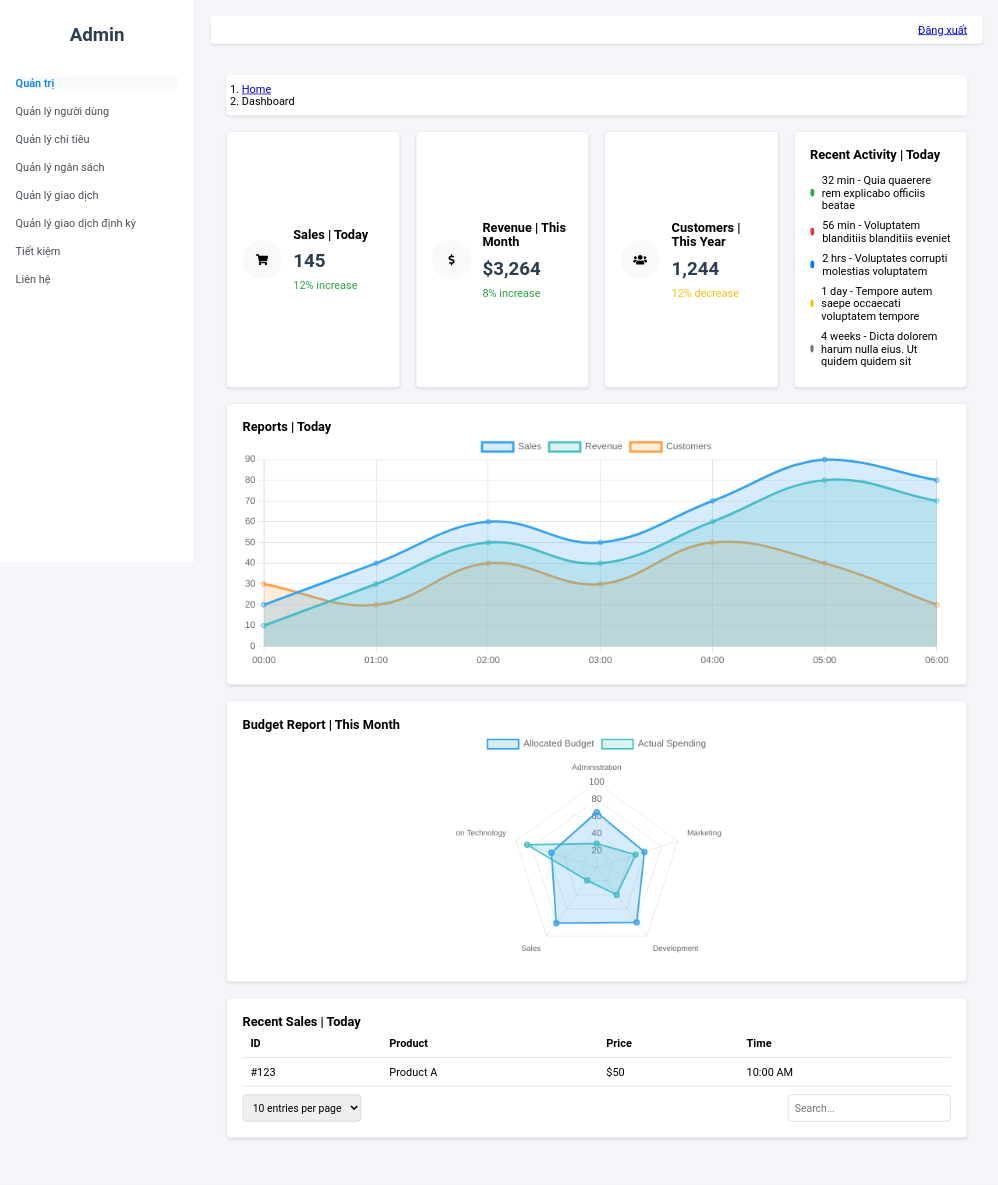
Repository: PhanVanHoa051204/Project3
Page: http://localhost/Project3/dashboard.jsp
These files come from the project's save history. The page is drawn as it stood at one moment and after the next save; the edit follows.
The browser window is 1280 px wide. The pictures show the whole page, at 78% of full size.
The page is served by Tomcat 9. Other server files are loaded and not shown.

Above is the page before, as saved 2025-03-14 17:59:47.

### PhanVanHoa_2210900023_K22CNT1/Project3/src/main/webapp/dashboard.jsp
<%@ page language="java" contentType="text/html; charset=UTF-8"
	pageEncoding="UTF-8"%>
<!DOCTYPE html>
<html lang="en">
<head>
<meta charset="UTF-8">
<meta name="viewport" content="width=device-width, initial-scale=1.0">
<title>Admin</title>
<script src="https://cdn.jsdelivr.net/npm/chart.js"></script>
<script src="https://cdnjs.cloudflare.com/ajax/libs/font-awesome/5.15.4/js/all.min.js"></script>
<link rel="stylesheet" href="style.css">
<script src="https://cdn.jsdelivr.net/npm/chart.js"></script>
</head>
<body>
	<div class="container">
		<!-- Sidebar -->
		<div class="sidebar">
			<div class="logo">Admin</div>
			<ul>
				<li class="active"><a href="#">Quản trị</a></li>
				<li><a class=""
					href="${pageContext.request.contextPath}/NguoiDung/users.jsp">Quản
						lý người dùng</a></li>
				<li><a class=""
					href="${pageContext.request.contextPath}/ChiTieu/categories.jsp">Quản
						lý chi tiêu</a></li>
				<li><a class=""
					href="${pageContext.request.contextPath}/NganSach/budgets.jsp">Quản
						lý ngân sách</a></li>
				<li><a
					href="${pageContext.request.contextPath}/GiaoDich/transactions.jsp">Quản
						lý giao dịch</a></li>
				<li><a
					href="${pageContext.request.contextPath}/GDDinhKy/recurringtransactions.jsp">Quản
						lý giao dịch định kỳ</a></li>
				<li><a
					href="${pageContext.request.contextPath}/TietKiem/goals.jsp">Tiết
						kiệm</a></li>
				<li><a href="https://web.facebook.com/PhanHoa05122004">Liên
						hệ</a></li>

			</ul>
		</div>

		<!-- Main Content -->
		<div class="main-content">
			<header>
				<div class="">
					<!-- <input type="" placeholder=""> -->
				</div>
				<div class="submit-section">
					<a href="login.jsp" class="logout-btn">Đăng xuất</a>
				</div>
			</header>

			<!-- Dashboard Content -->
            <div class="dashboard-content">
                <nav aria-label="breadcrumb">
                    <ol class="breadcrumb">
                        <li class="breadcrumb-item"><a href="#">Home</a></li>
                        <li class="breadcrumb-item active" aria-current="page">Dashboard</li>
                    </ol>
                </nav>

                <div class="cards">
                    <div class="card stats-card">
                        <div class="card-icon">
                            <i class="fas fa-shopping-cart"></i>
                        </div>
                        <div class="card-content">
                            <h3>Sales | Today</h3>
                            <p class="stats-value">145</p>
                            <span class="stats-change text-success">12% increase</span>
                        </div>
                    </div>
                    <div class="card stats-card">
                        <div class="card-icon">
                            <i class="fas fa-dollar-sign"></i>
                        </div>
                        <div class="card-content">
                            <h3>Revenue | This Month</h3>
                            <p class="stats-value">$3,264</p>
                            <span class="stats-change text-success">8% increase</span>
                        </div>
                    </div>
                    <div class="card stats-card">
                        <div class="card-icon">
                            <i class="fas fa-users"></i>
                        </div>
                        <div class="card-content">
                            <h3>Customers | This Year</h3>
                            <p class="stats-value">1,244</p>
                            <span class="stats-change text-warning">12% decrease</span>
                        </div>
                    </div>
                    <div class="card stats-card">
                        <div class="card-content">
                            <h3>Recent Activity | Today</h3>
                            <ul class="activity-list">
                                <li><span class="dot green"></span>32 min - Quia quaerere rem explicabo officiis beatae</li>
                                <li><span class="dot red"></span>56 min - Voluptatem blanditiis blanditiis eveniet</li>
                                <li><span class="dot blue"></span>2 hrs - Voluptates corrupti molestias voluptatem</li>
                                <li><span class="dot yellow"></span>1 day - Tempore autem saepe occaecati voluptatem tempore</li>
                                <li><span class="dot grey"></span>4 weeks - Dicta dolorem harum nulla eius. Ut quidem quidem sit</li>
                            </ul>
                        </div>
                    </div>
                </div>

                <div class="row">
                    <div class="col-md-8">
                        <div class="chart-section">
                            <h3>Reports | Today</h3>
                            <canvas id="reportsChart"></canvas>
                        </div>
                    </div>
                    <div class="col-md-4">
                        <div class="budget-report">
                            <h3>Budget Report | This Month</h3>
                            <canvas id="budgetChart"></canvas>
                        </div>
                    </div>
                </div>

                <div class="recent-sales">
                    <h3>Recent Sales | Today</h3>
                    <table class="table table-bordered">
                        <thead>
                            <tr>
                                <th>ID</th>
                                <th>Product</th>
                                <th>Price</th>
                                <th>Time</th>
                            </tr>
                        </thead>
                        <tbody>
                            <tr>
                                <td>#123</td>
                                <td>Product A</td>
                                <td>$50</td>
                                <td>10:00 AM</td>
                            </tr>
                        </tbody>
                    </table>
                    <div class="table-footer">
                        <select class="form-control d-inline-block w-auto">
                            <option>10 entries per page</option>
                        </select>
                        <input type="text" class="form-control d-inline-block w-auto ml-2" placeholder="Search...">
                    </div>
                </div>
            </div>
        </div>
    </div>

    <!-- Scripts -->
    <script>
        // Reports Chart
        const reportsCtx = document.getElementById('reportsChart').getContext('2d');
        new Chart(reportsCtx, {
            type: 'line',
            data: {
                labels: ['00:00', '01:00', '02:00', '03:00', '04:00', '05:00', '06:00'],
                datasets: [
                    {
                        label: 'Sales',
                        data: [20, 40, 60, 50, 70, 90, 80],
                        borderColor: 'rgba(54, 162, 235, 1)',
                        backgroundColor: 'rgba(54, 162, 235, 0.2)',
                        fill: true,
                        tension: 0.4
                    },
                    {
                        label: 'Revenue',
                        data: [10, 30, 50, 40, 60, 80, 70],
                        borderColor: 'rgba(75, 192, 192, 1)',
                        backgroundColor: 'rgba(75, 192, 192, 0.2)',
                        fill: true,
                        tension: 0.4
                    },
                    {
                        label: 'Customers',
                        data: [30, 20, 40, 30, 50, 40, 20],
                        borderColor: 'rgba(255, 159, 64, 1)',
                        backgroundColor: 'rgba(255, 159, 64, 0.2)',
                        fill: true,
                        tension: 0.4
                    }
                ]
            },
            options: {
                scales: {
                    y: {
                        beginAtZero: true
                    }
                }
            }
        });

        // Budget Chart (Radar Chart)
        const budgetCtx = document.getElementById('budgetChart').getContext('2d');
        new Chart(budgetCtx, {
            type: 'radar',
            data: {
                labels: ['Administration', 'Marketing', 'Development', 'Sales', 'on Technology'],
                datasets: [
                    {
                        label: 'Allocated Budget',
                        data: [65, 59, 80, 81, 56],
                        backgroundColor: 'rgba(54, 162, 235, 0.2)',
                        borderColor: 'rgba(54, 162, 235, 1)',
                        borderWidth: 2
                    },
                    {
                        label: 'Actual Spending',
                        data: [28, 48, 40, 19, 86],
                        backgroundColor: 'rgba(75, 192, 192, 0.2)',
                        borderColor: 'rgba(75, 192, 192, 1)',
                        borderWidth: 2
                    }
                ]
            },
            options: {
                scales: {
                    r: {
                        beginAtZero: true
                    }
                }
            }
        });
    </script>
</html>

### PhanVanHoa_2210900023_K22CNT1/Project3/src/main/webapp/style.css
* {
    margin: 0;
    padding: 0;
    box-sizing: border-box;
    font-family: 'Roboto', sans-serif;
}

body {
    background-color: #f4f6f9;
    font-size: 14px;
}

.wrapper {
    display: flex;
    min-height: 100vh;
}

/* Sidebar */
.sidebar {
    width: 250px;
    background-color: #fff;
    padding: 20px 0;
    border-right: 1px solid #e9ecef;
    height: 100vh;
    position: fixed;
    z-index: 1000;
}

.logo {
    font-size: 24px;
    font-weight: 700;
    color: #2c3e50;
    text-align: center;
    padding: 10px 0;
    margin-bottom: 20px;
}

.sidebar ul {
    list-style: none;
    padding: 0;
}

.sidebar ul li {
    padding: 10px 20px;
}

.sidebar ul li a {
    color: #495057;
    text-decoration: none;
    display: flex;
    align-items: center;
    transition: all 0.3s;
}

.sidebar ul li a i {
    margin-right: 10px;
}

.sidebar ul li.active a, .sidebar ul li a:hover {
    color: #007bff;
    background-color: #f8f9fa;
    border-radius: 5px;
}

.sidebar ul li.active a {
    font-weight: 500;
}

/* Main Content */
.main-content {
    margin-left: 250px;
    padding: 20px;
    flex: 1;
}

header {
    display: flex;
    justify-content: space-between;
    align-items: center;
    margin-bottom: 20px;
    background: #fff;
    padding: 10px 20px;
    border-radius: 5px;
    box-shadow: 0 2px 4px rgba(0, 0, 0, 0.1);
}

.search-bar input {
    padding: 8px 12px;
    border: 1px solid #ced4da;
    border-radius: 5px;
    width: 300px;
}

.user-info {
    display: flex;
    align-items: center;
}

.user-info .notification, .user-info .message {
    position: relative;
    margin-left: 10px;
    color: #495057;
    cursor: pointer;
}

.user-info .notification .badge, .user-info .message .badge {
    position: absolute;
    top: -5px;
    right: -5px;
    background-color: #dc3545;
    color: #fff;
    border-radius: 50%;
    padding: 2px 6px;
    font-size: 10px;
}

.user-info span {
    margin-left: 10px;
    font-weight: 500;
    color: #495057;
}

.avatar {
    width: 40px;
    height: 40px;
    border-radius: 50%;
    object-fit: cover;
    margin-left: 10px;
}

/* Dashboard Content */
.dashboard-content {
    padding: 20px;
}

.breadcrumb {
    background: #fff;
    padding: 10px 20px;
    border-radius: 5px;
    margin-bottom: 20px;
    box-shadow: 0 2px 4px rgba(0, 0, 0, 0.1);
}

.cards {
    display: flex;
    justify-content: space-between;
    margin-bottom: 20px;
    gap: 20px;
    flex-wrap: wrap;
}

.card {
    background: #fff;
    border: 1px solid #e9ecef;
    border-radius: 5px;
    padding: 20px;
    box-shadow: 0 2px 4px rgba(0, 0, 0, 0.1);
    flex: 1;
    min-width: 200px;
    display: flex;
    align-items: center;
    transition: transform 0.3s;
}

.card:hover {
    transform: translateY(-5px);
}

.card-icon {
    width: 50px;
    height: 50px;
    background: #f8f9fa;
    border-radius: 50%;
    display: flex;
    align-items: center;
    justify-content: center;
    margin-right: 15px;
}

.card-icon i {
    font-size: 24px;
    color: #6c757d;
}

.card-content {
    flex: 1;
    text-align: left;
}

.stats-value {
    font-size: 24px;
    font-weight: 700;
    color: #2c3e50;
    margin: 10px 0;
}

.stats-change {
    font-size: 14px;
    display: block;
}

.text-success {
    color: #28a745;
}

.text-warning {
    color: #ffc107;
}

.activity-list {
    list-style: none;
    padding: 0;
    margin-top: 10px;
}

.activity-list li {
    padding: 5px 0;
    display: flex;
    align-items: center;
}

.dot {
    height: 10px;
    width: 10px;
    border-radius: 50%;
    display: inline-block;
    margin-right: 10px;
}

.dot.green { background-color: #28a745; }
.dot.red { background-color: #dc3545; }
.dot.blue { background-color: #007bff; }
.dot.yellow { background-color: #ffc107; }
.dot.grey { background-color: #6c757d; }

.chart-section, .budget-report, .recent-sales {
    background: #fff;
    border: 1px solid #e9ecef;
    border-radius: 5px;
    padding: 20px;
    margin-bottom: 20px;
    box-shadow: 0 2px 4px rgba(0, 0, 0, 0.1);
}

.chart-section canvas, .budget-report canvas {
    max-height: 300px;
    width: 100%;
}

.recent-sales table {
    width: 100%;
    border-collapse: collapse;
}

.recent-sales th, .recent-sales td {
    padding: 10px;
    text-align: left;
    border-bottom: 1px solid #ddd;
}

.table-footer {
    display: flex;
    justify-content: space-between;
    margin-top: 10px;
}

.table-footer select, .table-footer input {
    padding: 8px;
    border: 1px solid #ced4da;
    border-radius: 5px;
    width: auto;
}

After the next save:
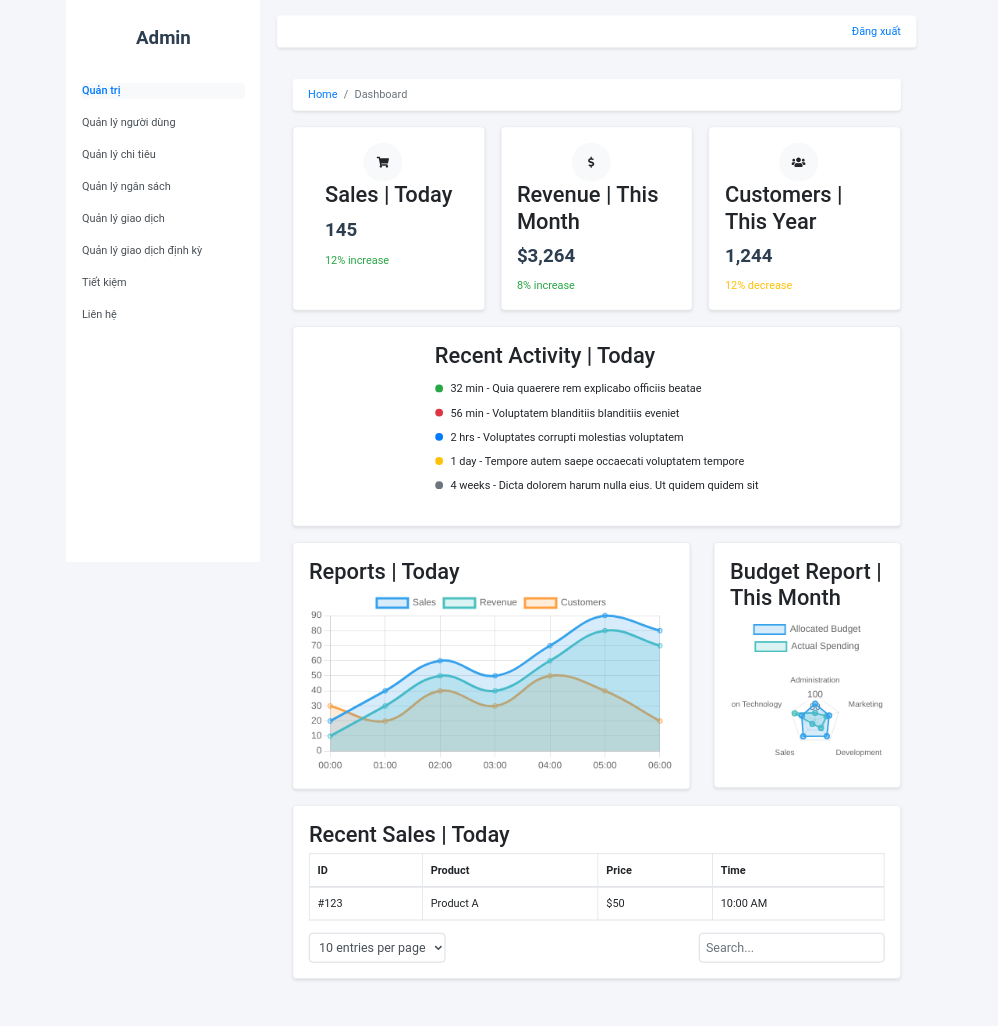
Saved 3 min 11 s later.
--- a/PhanVanHoa_2210900023_K22CNT1/Project3/src/main/webapp/dashboard.jsp
+++ b/PhanVanHoa_2210900023_K22CNT1/Project3/src/main/webapp/dashboard.jsp
@@ -6,6 +6,7 @@
 <meta charset="UTF-8">
 <meta name="viewport" content="width=device-width, initial-scale=1.0">
 <title>Admin</title>
+<link rel="stylesheet" href="https://cdn.jsdelivr.net/npm/bootstrap@4.5.2/dist/css/bootstrap.min.css">
 <script src="https://cdn.jsdelivr.net/npm/chart.js"></script>
 <script src="https://cdnjs.cloudflare.com/ajax/libs/font-awesome/5.15.4/js/all.min.js"></script>
 <link rel="stylesheet" href="style.css">
